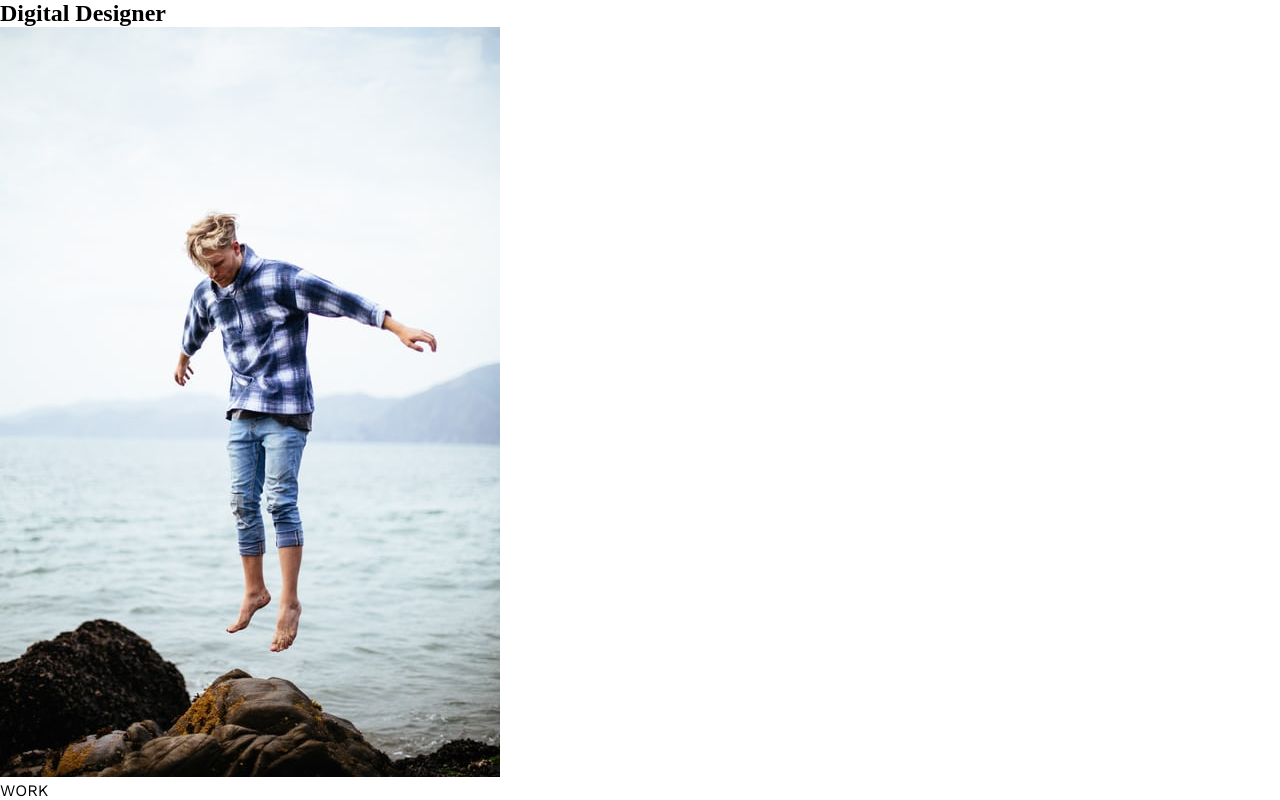
Repository: m0lt/DigitalDesigner
Page: index.html
An editor plug-in stored every save of this project. The page is shown before and after the next save, followed by the edit.
The browser window is 1280 px wide. The pictures show the whole page.

Above is the page before, as saved 2025-07-08 10:15:55.

### index.html
<!DOCTYPE html>
<html lang="en">
  <head>
    <meta charset="UTF-8" />
    <meta name="viewport" content="width=device-width, initial-scale=1.0" />
    <link rel="stylesheet" href="./assets/css/styles.css" />
    <link rel="stylesheet" href="./assets/css/styles.css" />
    <title>Project 1</title>
  </head>
  <body>
    <header></header>
    <main>
      <section class="hero">
        <h1>Digital Designer</h1>
        <img src="./assets/img/portfolio1.jpeg" alt="Man Jumping on Rock" />
        <p>WORK</p>
      </section>
      <section></section>
      <section></section>
      <section></section>
      <section></section>
    </main>
    <footer></footer>
  </body>
</html>

### assets/css/styles.css
* {
  box-sizing: border-box;
  margin: 0;
  padding: 0;
}

:root {
  --primary-color: ;
  --void: #000;
  --bright: #fff;
  --dark: #333;
  --mid: #666;
  --light: #9e9e9e;
  --font-size: 16px;
}

@font-face {
  font-family: "Didact Gothic";
  src: url(../font/Didact_Gothic/DidactGothic-Regular.ttf);
}
@font-face {
  font-family: "Fjalla One";
  src: url(../font/Fjalla_One/FjallaOne-Regular.ttf);
}
@font-face {
  font-family: "WorkSans";
  src: url(../font/Work_Sans/WorkSans-VariableFont_wght.ttf);
}

html {
}

.content {
  margin: 0 220px;
}

.her {
  text-align: center;
}
.hero p {
  font-family: "WorkSans";
}

.light {
}

After the next save:
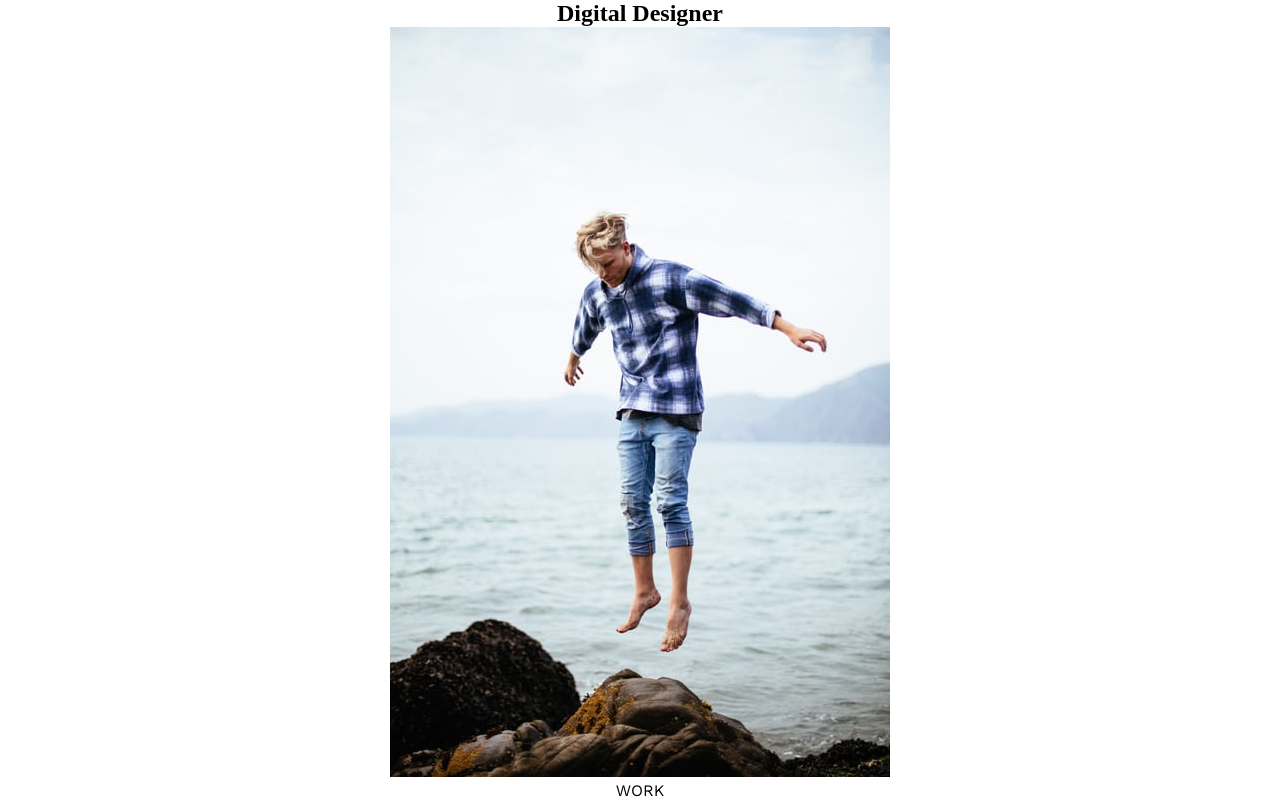
Saved 4 s later.
--- a/assets/css/styles.css
+++ b/assets/css/styles.css
@@ -34,7 +34,7 @@ html {
   margin: 0 220px;
 }
 
-.her {
+.hero {
   text-align: center;
 }
 .hero p {
